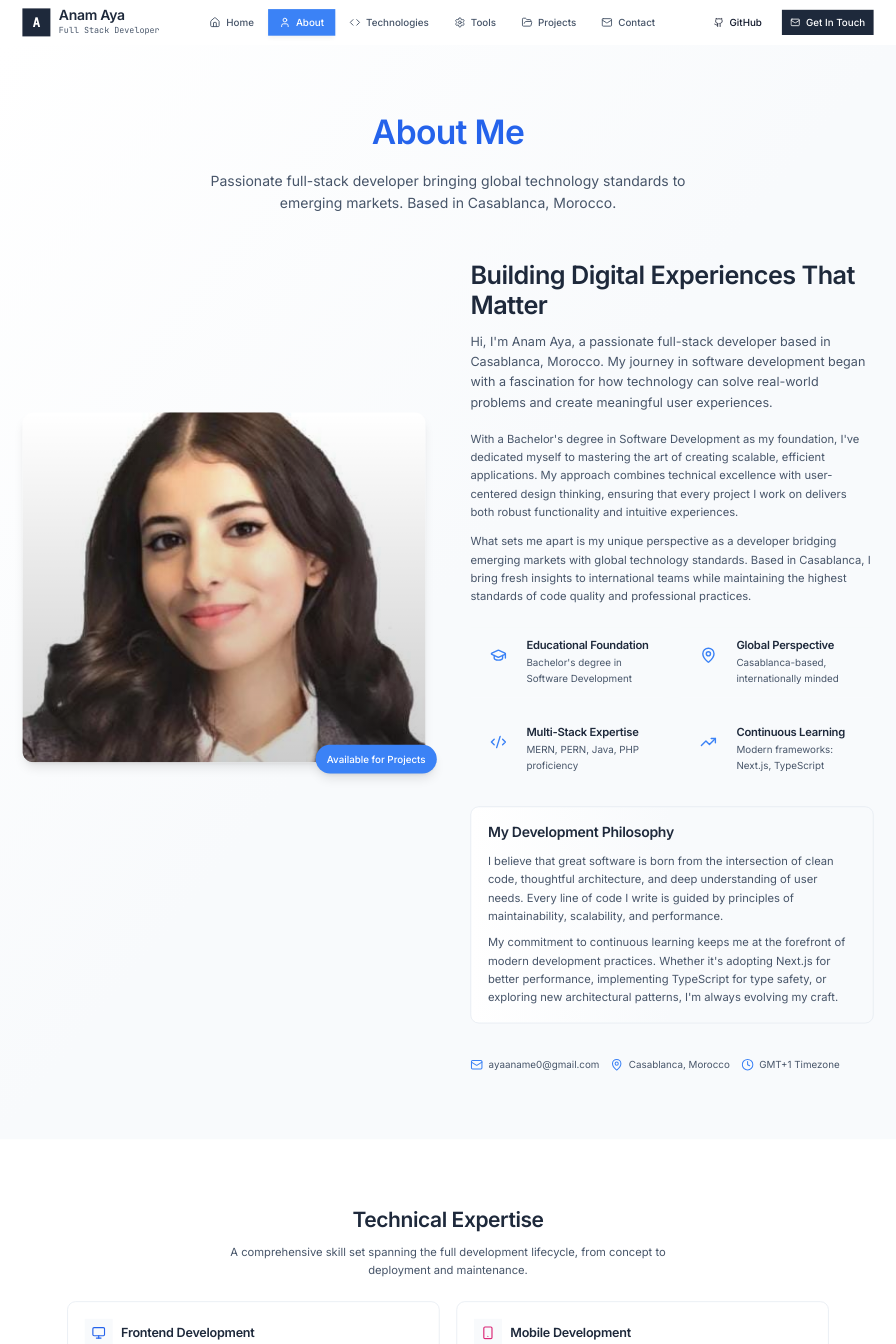
Repository: ayaaas/portflio_aya
Page: /about-me-personal-narrative
An editor plug-in stored every save of this project. The page is shown before and after a run of saves, followed by the edit.
The browser window is 1280 px wide. The pictures show the part of the page from y = 0 to 1920 px (the page is 4280 px tall), at 70% of full size.
The project was rebuilt for these pictures with package versions that can differ from the ones it lists, and the page was loaded fresh each time. Also part of the build but not shown: vite.config.mjs, src/components/ErrorBoundary.jsx, src/pages/hero-section-developer-portfolio/components/ProfileImage.jsx, src/pages/hero-section-developer-portfolio/components/AnimatedText.jsx, src/pages/hero-section-developer-portfolio/components/HeroContent.jsx, src/pages/hero-section-developer-portfolio/components/BackgroundPattern.jsx, src/pages/hero-section-developer-portfolio/components/ScrollIndicator.jsx, src/pages/hero-section-developer-portfolio/index.jsx and 23 more.

Above is the page before, as saved 2025-07-20 01:09:00.

After the next 2 saves:
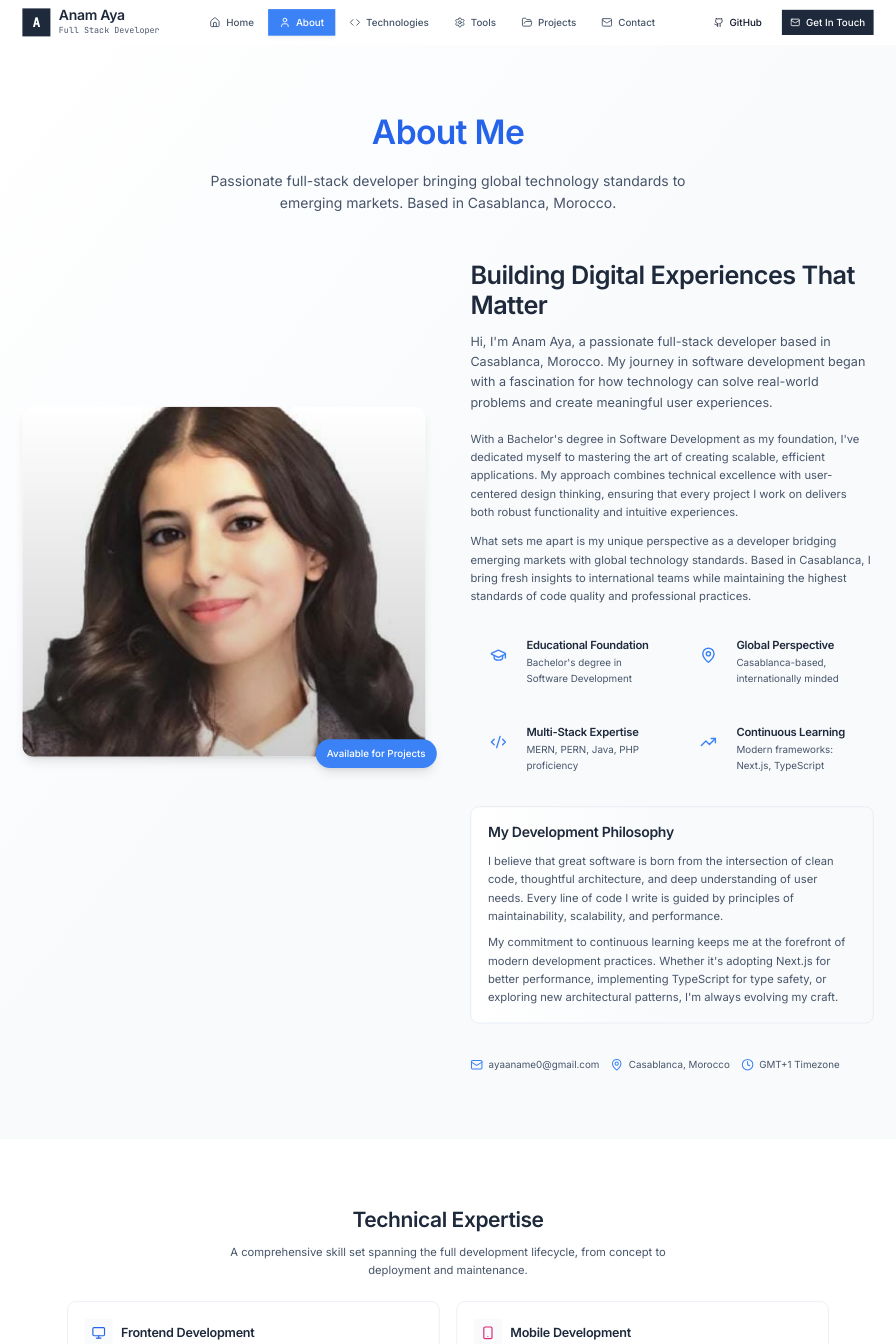
The 2 saves are shown as one change because they came seconds apart.
The last was saved 56 s later.
--- a/src/pages/about-me-personal-narrative/index.jsx
+++ b/src/pages/about-me-personal-narrative/index.jsx
@@ -81,7 +81,7 @@ const AboutMePersonalNarrative = () => {
               </div>
               <div className="grid grid-cols-1 lg:grid-cols-2 gap-12 lg:gap-16 items-center">
                 {/* Profile Image */}
-               <div className="order-2 lg:order-1" style={{ marginTop: '-14rem' }}>
+               <div className="order-2 lg:order-1" style={{ marginTop: '-15rem' }}>
   <ProfileImage />
 </div>
 
